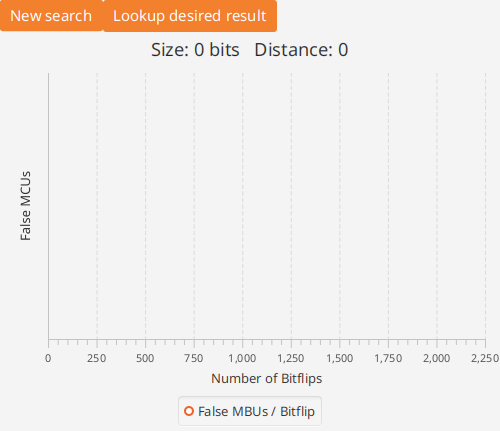
Repository: jalguacilgon/TFG-MemoryRadiation-JesusAlguacilGonzalez
Program's window: java TFG/MemoryRadiation/src/linechart/Memory.java
These files come from the project's save history. The program's window is drawn as it stood at one moment and after the next save; the edit follows.
It runs on Java 21 on a 1366 x 768 screen with JavaFX 11; the title bar is not drawn.

Above is the program's window before, as saved 2021-09-08 18:00:12.

After the next save:
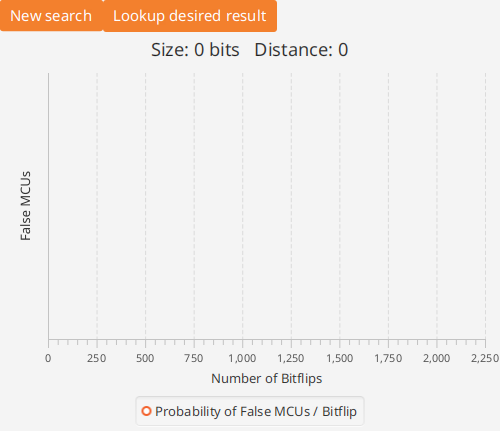
Saved 45 s later.
--- a/TFG/MemoryRadiation/src/linechart/Memory.java
+++ b/TFG/MemoryRadiation/src/linechart/Memory.java
@@ -46,7 +46,7 @@
 		lineChart.setTitle("Size: " + this.size + " bits   Distance: " + this.D);
 
 		XYChart.Series<Number, Number> data = new XYChart.Series<>();
-		data.setName("False MBUs / Bitflip");
+		data.setName("Probability of False MCUs / Bitflip");
 
 		if(this.method == MethodSelection.MD)
 			this.calculateMD(data);
